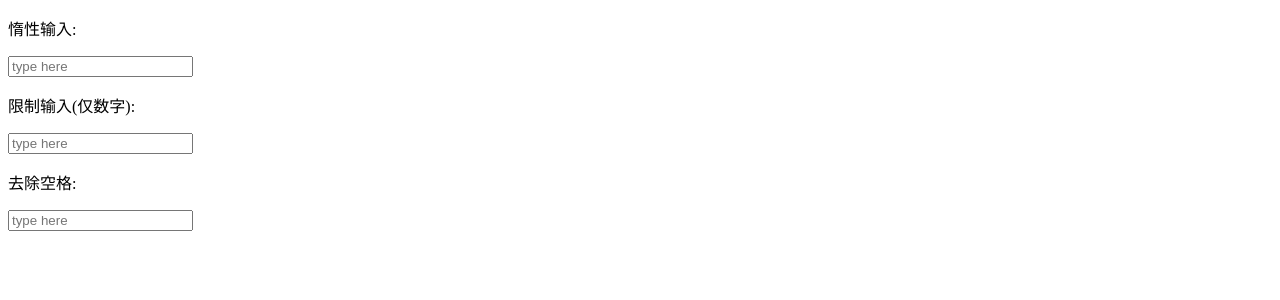
Repository: LavriaNeptune/vue-playground
Page: essentials/form-input-bindings/modifiers-for-input.html
An editor plug-in stored every save of this project. The page is shown before and after the next save, followed by the edit.
The browser window is 1280 px wide. The pictures show the whole page.

Above is the page before, as saved 2022-08-20 05:48:27.

### essentials/form-input-bindings/modifiers-for-input.html
<!DOCTYPE html>
<html lang="en">
  <head>
    <meta charset="UTF-8" />
    <title>Vue</title>
    <script src="https://unpkg.com/vue@3"></script>
  </head>
  <body>
    <div id="app">
      <p>惰性输入:{{messageOne}}</p>
      <input type="text" v-model.lazy="messageOne" placeholder="type here" />

      <p>限制输入(仅数字):{{messageTwo}}</p>
      <input type="text" v-model.number="messageTwo" placeholder="type here" />
      <!-- .number 效果: -->

      <p>去除空格:{{messageThree}}</p>
      <input type="text" v-model.trim="messageThree" placeholder="type here" />
      <!-- .trim 效果:去除输入文本两端空格,文本内连续空格视为单个空格 -->
    </div>

    <script>
      const { createApp } = Vue;
      const App = createApp({
        data() {
          return {
            messageOne: '',
            messageTwo: '',
            messageThree: '',
          };
        },
      }).mount('#app');
    </script>
  </body>
</html>

After the next save:
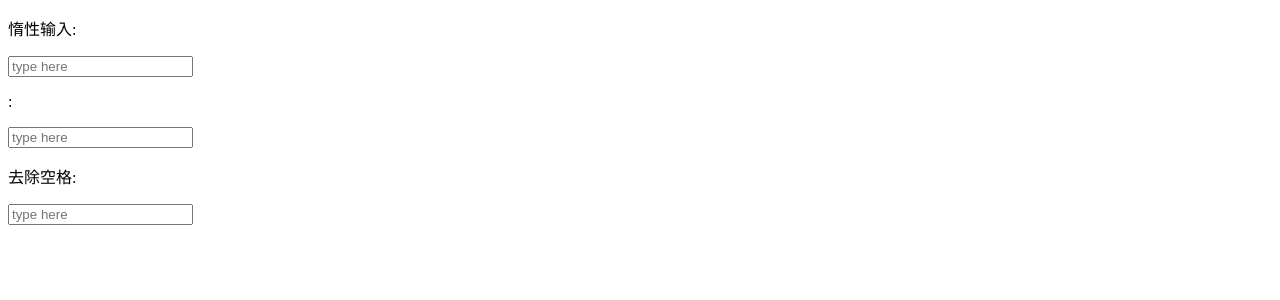
Saved 48 s later.
--- a/essentials/form-input-bindings/modifiers-for-input.html
+++ b/essentials/form-input-bindings/modifiers-for-input.html
@@ -10,7 +10,7 @@
       <p>惰性输入:{{messageOne}}</p>
       <input type="text" v-model.lazy="messageOne" placeholder="type here" />
 
-      <p>限制输入(仅数字):{{messageTwo}}</p>
+      <p>:{{messageTwo}}</p>
       <input type="text" v-model.number="messageTwo" placeholder="type here" />
       <!-- .number 效果: -->
 
